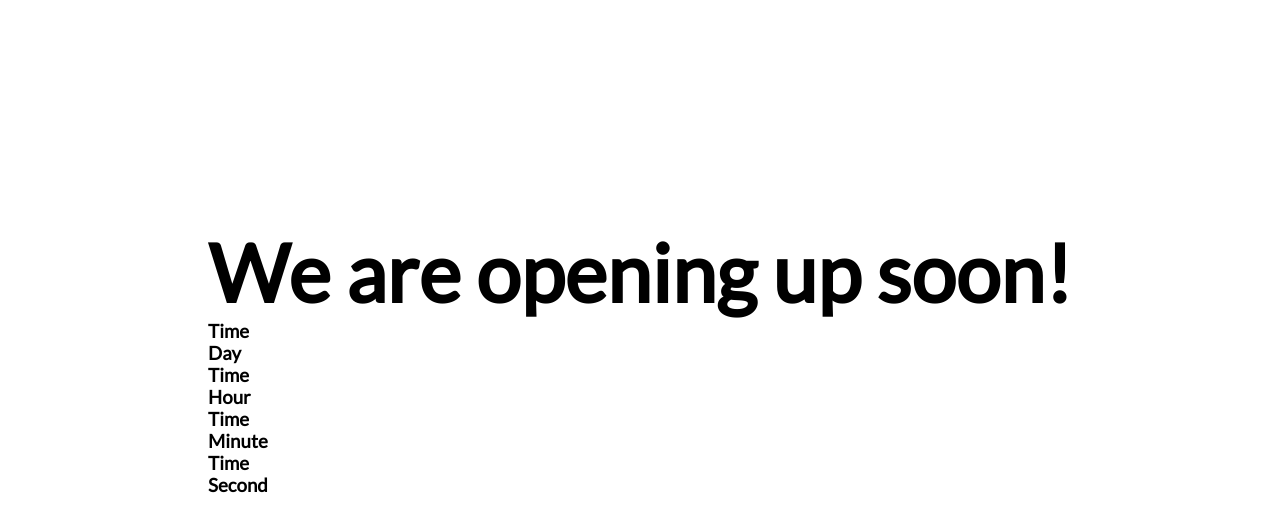
Repository: PratypartyY2K/JavaScript-Projects
Page: Countdown/index.html
The author's editor kept a copy of each file at every save. The page is drawn from the files as they stood at one save, then again after the next save.
The browser window is 1280 px wide. The pictures show the whole page.

Above is the page before, as saved 2021-05-13 16:41:34.

After the next save:
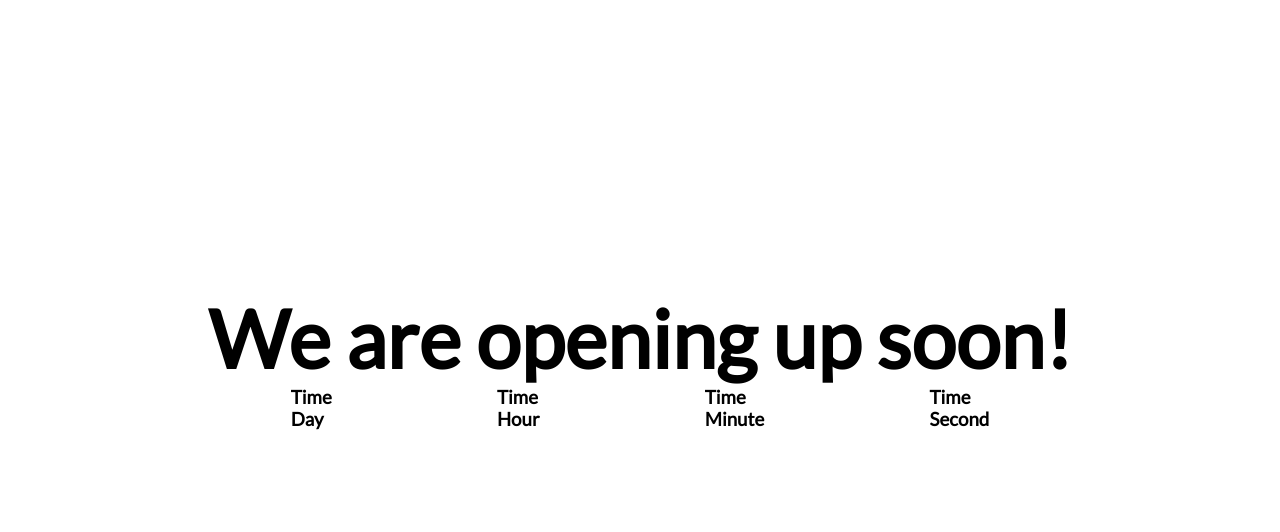
Saved 3 min 28 s later.
--- a/Countdown/styles.css
+++ b/Countdown/styles.css
@@ -20,3 +20,8 @@
     align-items: center;
     justify-content: center;
 }
+
+.countdown {
+    display: flex;
+    justify-content: space-around;
+}
